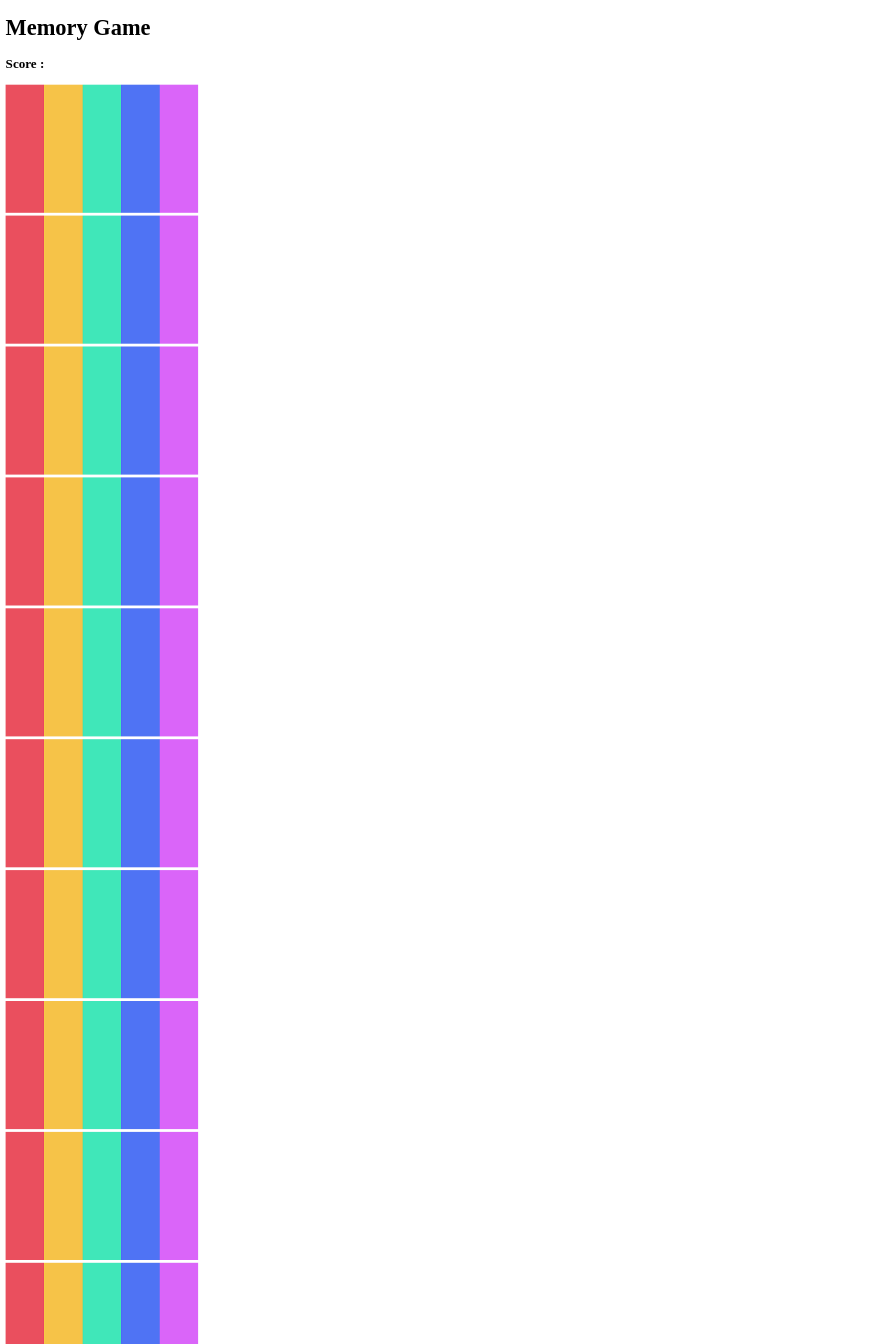
Repository: divyaravada/javascript-games
Page: memory-game/memorygame.html
The author's editor kept a copy of each file at every save. The page is drawn from the files as they stood at one save, then again after the next save.
The browser window is 1280 px wide. The pictures show the part of the page from y = 0 to 1920 px (the page is 3113 px tall before and 861 px after), at 70% of full size.

Above is the page before, as saved 2022-03-15 16:11:50.

### memory-game/memorygame.html
<!DOCTYPE html>
<html lang="en">
  <head>
    <meta charset="UTF-8" />
    <title>Memory Game</title>
    <link rel="stylesheet" href="./memorystyle.css" />
  </head>
  <body>
    <div>
      <h1>Memory Game</h1>
    </div>

    <div>
      <h3>Score : <span id="result"></span></h3>
    </div>

    <div id="grid"></div>

    <script src="./memory.js"></script>
  </body>
</html>

### memory-game/memorystyle.css
#grid {
  width: 400px;
  height: 300px;
}

### memory-game/memory.js
const cardArray = [
  {
    name: "redcar",
    img: "images/redcar.png",
  },
  {
    name: "whitecar",
    img: "images/whitecar.png",
  },
  {
    name: "yellowcar",
    img: "images/yellowcar.jpg",
  },
  {
    name: "purplecar",
    img: "images/purplecar.png",
  },
  {
    name: "greencar",
    img: "images/greencar.png",
  },
  {
    name: "browncar",
    img: "images/browncar.png",
  },
  {
    name: "bluecar",
    img: "images/bluecar.jpg",
  },
  {
    name: "blackcar",
    img: "images/blackcar.png",
  },
  {
    name: "redcar",
    img: "images/redcar.png",
  },
  {
    name: "whitecar",
    img: "images/whitecar.png",
  },
  {
    name: "yellowcar",
    img: "images/yellowcar.jpg",
  },
  {
    name: "purplecar",
    img: "images/purplecar.png",
  },
  {
    name: "greencar",
    img: "images/greencar.png",
  },
  {
    name: "browncar",
    img: "images/browncar.png",
  },
  {
    name: "bluecar",
    img: "images/bluecar.jpg",
  },
  {
    name: "blackcar",
    img: "images/blackcar.png",
  },
];

cardArray.sort(() => 0.5 - Math.random());

const gridDisplay = document.querySelector("#grid");
const resultDisplay = document.querySelector("#result");
let cardsChoosen = [];
let cardsChoosenIds = [];
const cardsWon = [];

function createBoard() {
  for (let i = 0; i < cardArray.length; i++) {
    const card = document.createElement("img");
    card.setAttribute("src", "images/rainbow.png");
    card.setAttribute("data-id", i);
    card.addEventListener("click", flipCard);
    gridDisplay.appendChild(card);
  }
}
createBoard();

function checkMatch() {
  const cards = document.querySelectorAll("img");
  const optionOneId = cardsChoosenIds[0];
  const optionTwoId = cardsChoosenIds[1];
  if (optionOneId == optionTwoId) {
    cards[optionOneId].setAttribute("src", "images/rainbow.png");
    cards[optionTwoId].setAttribute("src", "images/rainbow.png");
    alert("You have clicked the same image!");
  }

  if (cardsChoosen[0] == cardsChoosen[1]) {
    alert("You found a match");
    cards[optionOneId].setAttribute("src", "images/white.png");
    cards[optionTwoId].setAttribute("src", "images/white.png");
    cards[optionOneId].removeEventListener("click", flipCard);
    cards[optionTwoId].removeEventListener("click", flipCard);
    cardsWon.push(cardsChoosen);
  } else {
    cards[optionOneId].setAttribute("src", "images/rainbow.png");
    cards[optionTwoId].setAttribute("src", "images/rainbow.png");
    alert("Sorry Try again!");
  }
  resultDisplay.textContent = cardsWon.length;
  cardsChoosen = [];
  cardsChoosenIds = [];

  if (cardsWon.length == cardArray.length / 2) {
    resultDisplay.textContent = "Congratulations you found them all";
  }
}

function flipCard() {
  const cardId = this.getAttribute("data-id");
  cardsChoosen.push(cardArray[cardId].name);
  cardsChoosenIds.push(cardId);
  this.setAttribute("src", cardArray[cardId].img);
  if (cardsChoosen.length === 2) {
    setTimeout(checkMatch, 500);
  }
}

After the next save:
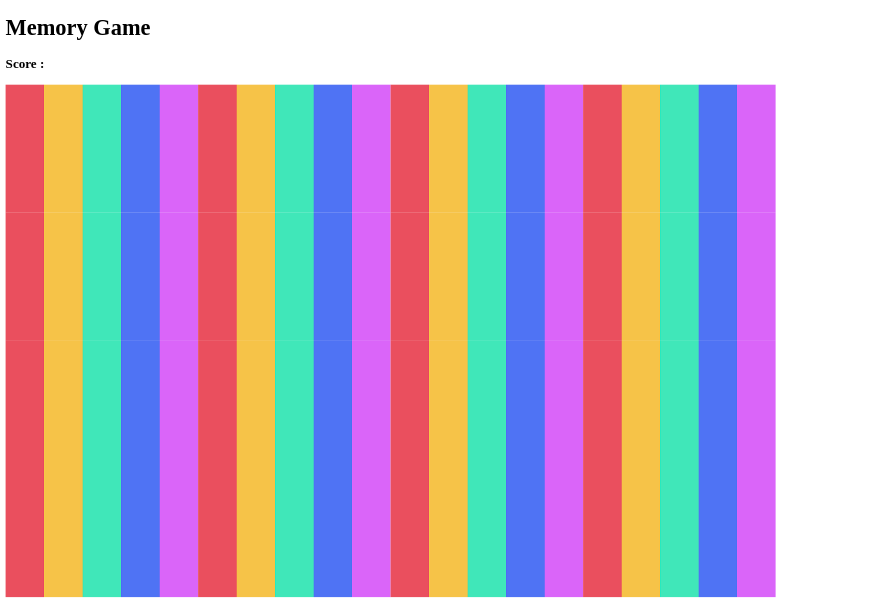
Saved 42 s later.
--- a/memory-game/memorystyle.css
+++ b/memory-game/memorystyle.css
@@ -1,4 +1,4 @@
 #grid {
-  width: 400px;
-  height: 300px;
+  display: flex;
+  flex-wrap: wrap;
 }
